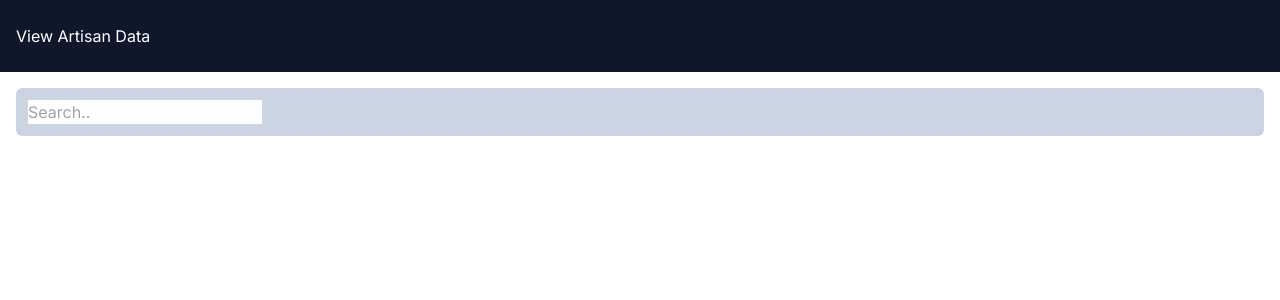
Repository: marcusdashe/artisanindex_frontend
Page: /components/ViewArtisanDataScreen
An editor plug-in stored every save of this project. The page is shown before and after the next save, followed by the edit.
The browser window is 1280 px wide. The pictures show the whole page.
The project was rebuilt for these pictures with package versions that can differ from the ones it lists, and the page was loaded fresh each time. The framework's server and built-in components were replaced by stand-ins that run in the browser. Also part of the build but not shown: next.config.js.

Above is the page before, as saved 2023-03-07 13:07:22.

### pages/_document.js
import { Html, Head, Main, NextScript } from "next/document";

export default function Document() {
  return (
    <Html lang="en">
      <Head>
        <link rel="preconnect" href="https://fonts.googleapis.com" />
        <link
          rel="preconnect"
          href="https://fonts.gstatic.com"
          crossOrigin="true"
        />
        <link
          href="https://fonts.googleapis.com/css2?family=Inter:wght@100;200;300;400;500;600&display=swap"
          rel="stylesheet"
        />
      </Head>
      <body>
        <Main />
        <NextScript />
      </body>
    </Html>
  );
}

### pages/components/ViewArtisanDataScreen.js
import React from "react";

function ViewArtisanDataScreen() {
  return (
    <div className="w-full h-[100vh]">
      <div className="w-full h-[10vh] bg-slate-900 flex items-center content-center justify-start p-4">
        <h1 className="text-white">View Artisan Data</h1>
      </div>
      <div className="w-full h-[90vh] p-4 overflow-y-scroll overflow-x-hidden">
        <div className="bg-slate-300 rounded-md p-3">
          <input type="text" placeholder="Search.." />
        </div>
      </div>
    </div>
  );
}

export default ViewArtisanDataScreen;

### styles/globals.css
@tailwind base;
@tailwind components;
@tailwind utilities;

@layer base {
  html {
    font-family: "Inter", sans-serif;
  }
}

### tailwind.config.js
/** @type {import('tailwindcss').Config} */

module.exports = {
  content: [
    "./pages/**/*.{js,ts,jsx,tsx}",
    "./components/**/*.{js,ts,jsx,tsx}",
  ],
  theme: {
    extend: {},
  },
  plugins: [],
};

Loaded but not shown: pages/_app.js (common file)

After the next save:
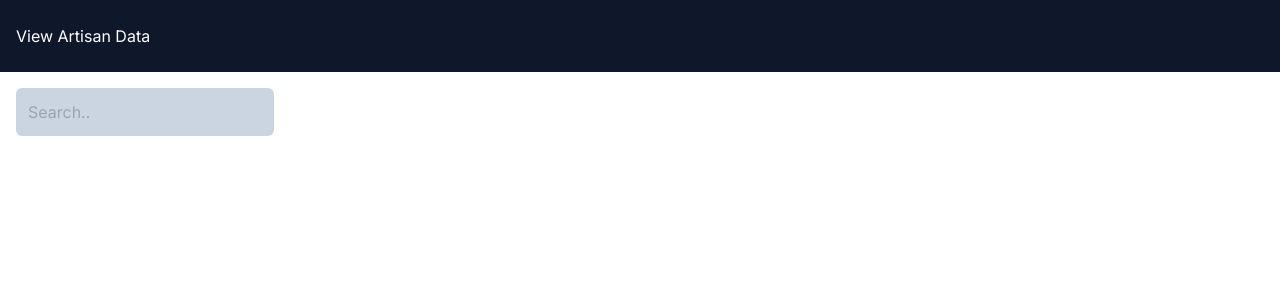
Saved 28 s later.
--- a/pages/components/ViewArtisanDataScreen.js
+++ b/pages/components/ViewArtisanDataScreen.js
@@ -7,9 +7,11 @@ function ViewArtisanDataScreen() {
         <h1 className="text-white">View Artisan Data</h1>
       </div>
       <div className="w-full h-[90vh] p-4 overflow-y-scroll overflow-x-hidden">
-        <div className="bg-slate-300 rounded-md p-3">
-          <input type="text" placeholder="Search.." />
-        </div>
+        <input
+          type="text"
+          placeholder="Search.."
+          className="bg-slate-300 rounded-md p-3"
+        />
       </div>
     </div>
   );
